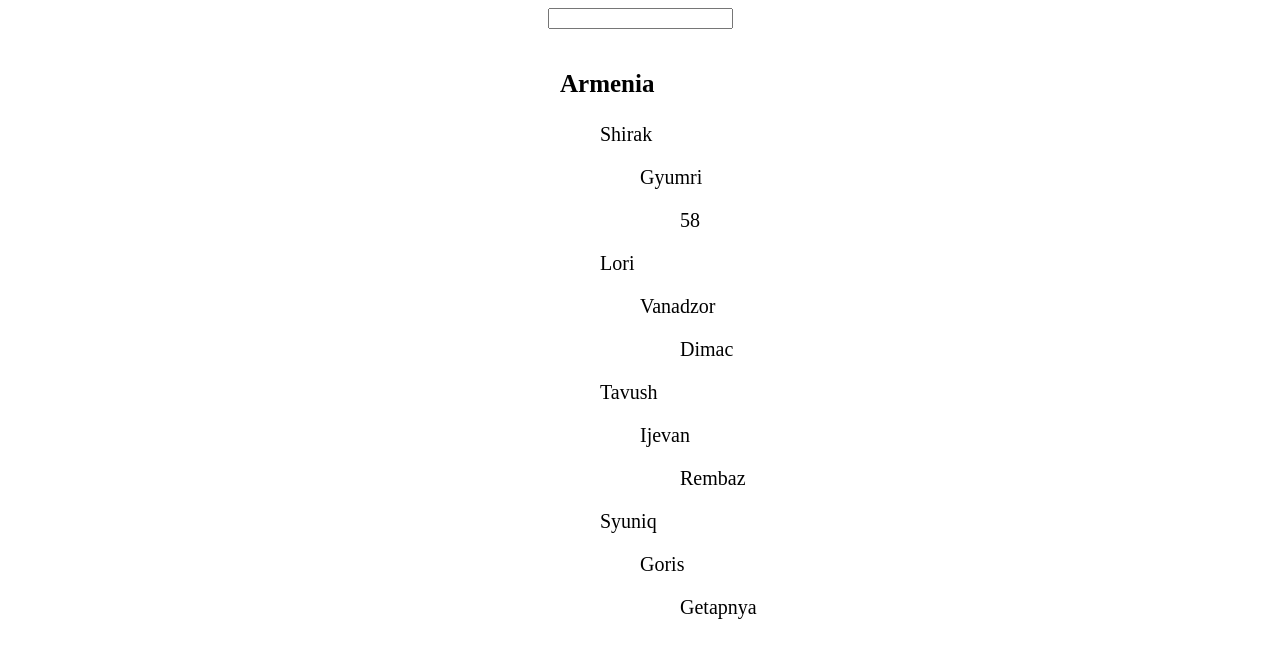
Repository: Seryozha02/DOM
Page: index.html
These files come from the project's save history. The page is drawn as it stood at one moment and after the next save; the edit follows.
The browser window is 1280 px wide. The pictures show the whole page.

Above is the page before, as saved 2022-09-19 18:10:10.

### index.html
<!DOCTYPE html>
<html lang="en">
<head>
    <meta charset="UTF-8">
    <meta http-equiv="X-UA-Compatible" content="IE=edge">
    <meta name="viewport" content="width=device-width, initial-scale=1.0">
    <title>Document</title>
</head>
<body>
    <style>
        #li0 > p{
            font-size: 25px;
            font-weight: bold;
        }
        #root {
            display: flex;
            justify-content: center;
            flex-direction: column;
            align-items: center;
        }
        ul {
            list-style: none;
            width: 200px;
        }
        ul li {
            margin: 15px 0;
            font-size: 20px;
            cursor: pointer;

        }
        .myClass{
            display: none;
        }
    </style>
    <div id="root">
        <form>
            <input type="text" onchange="find(value)">
        </form>
    </div>

    <script src="./script.js"></script>
</body>
</html>

### script.js
let arr = [{
  id: 0,
  name: 'Armenia',
  parentId: null
}, {
  id: 1,
  name: 'Shirak',
  parentId: 0
}, {
  id: 2,
  name: 'Lori',
  parentId: 0
}, {
  id: 3,
  name: 'Tavush',
  parentId: 0
}, {
  id: 4,
  name: 'Syuniq',
  parentId: 0
}, {
  id: 5,
  name: 'Gyumri',
  parentId: 1
}, {
  id: 6,
  name: 'Vanadzor',
  parentId: 2
}, {
  id: 7,
  name: 'Ijevan',
  parentId: 3
}, {
  id: 8,
  name: 'Goris',
  parentId: 4
}, {
  id: 9,
  name: '58',
  parentId: 5
}, {
  id: 10,
  name: 'Dimac',
  parentId: 6
}, {
  id: 11,
  name: 'Rembaz',
  parentId: 7
}, {
  id: 12,
  name: 'Getapnya',
  parentId: 8
}]


const func = (elems, id = null) => {
return  elems.filter(elem => elem.parentId === id)
.map(elem => ({...elem, children : func(elems,elem.id)}))
}
let arr2 = func(arr)

let root = document.getElementById("root")

function makeTable(array){
root.innerHTML += `
  <ul id = "genUl">
    <li id = "li${array[0].id}"'><p id = 'p${array[0].id}'>${array[0].name}</p></li>
  </ul>
`
makeUl(array[0].children)

}

function makeUl(arr){
if(arr.length == 0){
  return
}else{
  for(let i = 0; i < 1; i++){
    arr.forEach(obj => {
      document.getElementById(`li${obj.parentId}`).innerHTML += `
      <ul>
        <li id = "li${obj.id}"><p id = 'p${obj.id}'>${obj.name}</p></li>
      </ul>
      `
      makeUl(obj.children)
    })
  }
}
}
makeTable(arr2)

let list = document.querySelectorAll("p")
function find(value){
list.forEach(p => {
 p.style.display = "block"
})
list.forEach(p => {
  let text = p.innerText.toLowerCase()
  if(value.length !== 0){
    if(text.slice(0, value.length) !== value.toLowerCase()){
      p.style.display = 'none'
    }
  }
})
}

list.forEach(p => {
p.addEventListener('click', function opClose(ev){
  for(let i = 1; i < p.parentElement.children.length; i++)
    p.parentElement.children[i].classList.toggle('myClass')
})
})

After the next save:
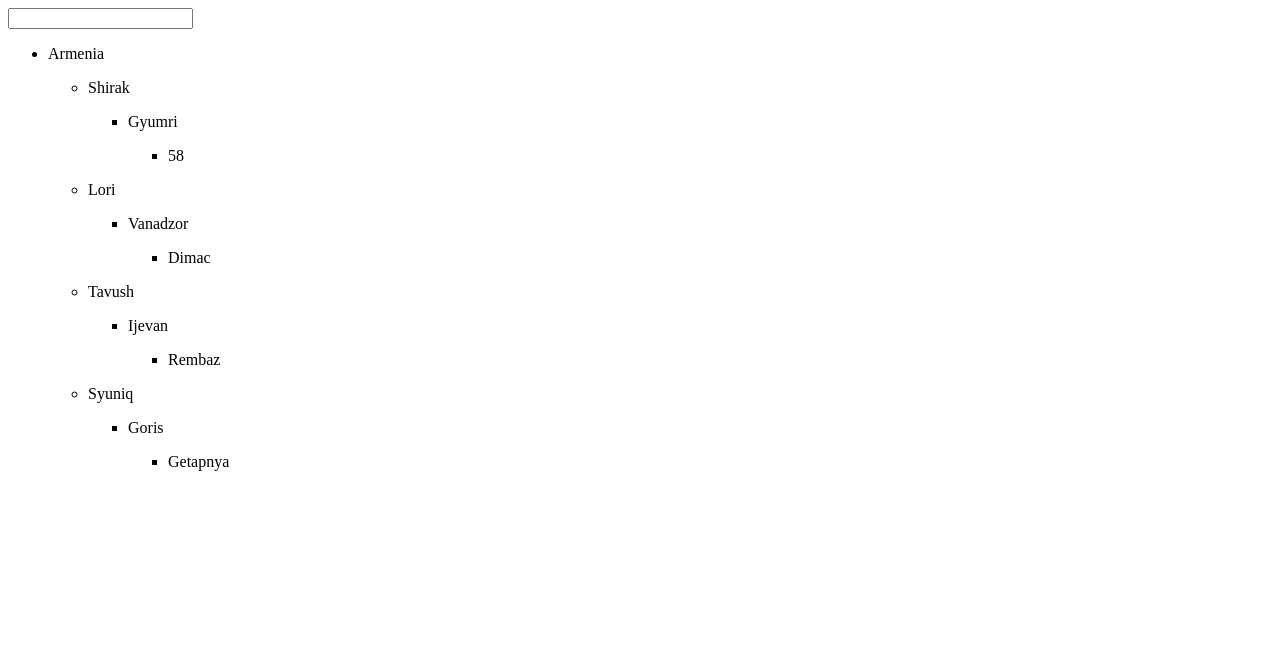
Saved 2 h 26 min later.
--- a/index.html
+++ b/index.html
@@ -8,29 +8,7 @@
 </head>
 <body>
     <style>
-        #li0 > p{
-            font-size: 25px;
-            font-weight: bold;
-        }
-        #root {
-            display: flex;
-            justify-content: center;
-            flex-direction: column;
-            align-items: center;
-        }
-        ul {
-            list-style: none;
-            width: 200px;
-        }
-        ul li {
-            margin: 15px 0;
-            font-size: 20px;
-            cursor: pointer;
 
-        }
-        .myClass{
-            display: none;
-        }
     </style>
     <div id="root">
         <form>

After the save that followed:
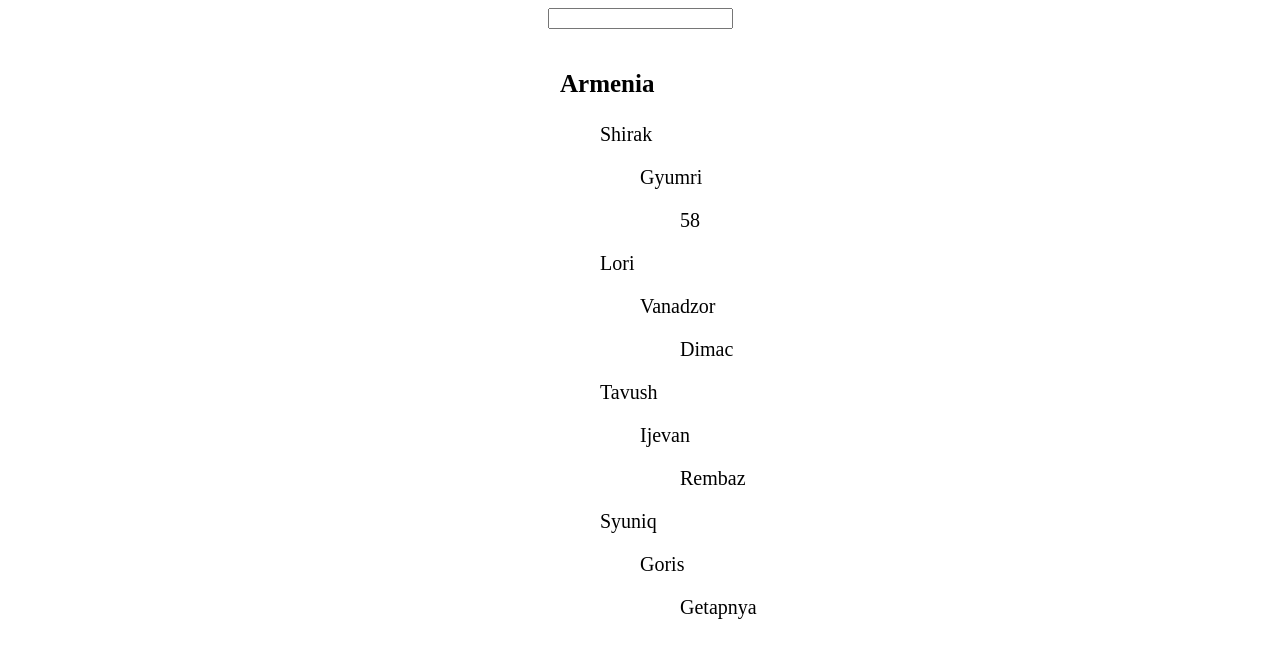
Saved 9 s later.
--- a/index.html
+++ b/index.html
@@ -8,7 +8,29 @@
 </head>
 <body>
     <style>
+        #li0 > p{
+            font-size: 25px;
+            font-weight: bold;
+        }
+        #root {
+            display: flex;
+            justify-content: center;
+            flex-direction: column;
+            align-items: center;
+        }
+        ul {
+            list-style: none;
+            width: 200px;
+        }
+        ul li {
+            margin: 15px 0;
+            font-size: 20px;
+            cursor: pointer;
 
+        }
+        .myClass{
+            display: none;
+        }
     </style>
     <div id="root">
         <form>
